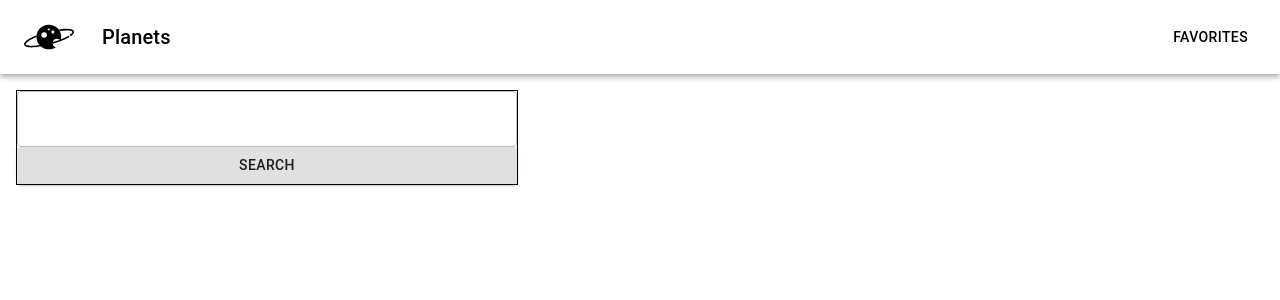
Repository: samridhie01/assignment
Page: /
An editor plug-in stored every save of this project. The page is shown before and after the next save, followed by the edit.
The browser window is 1280 px wide. The pictures show the whole page.
The page's requests for data from a server got no answer. The project was rebuilt for these pictures with package versions that can differ from the ones it lists, and the page was loaded fresh each time. No one was signed in, and anything a server would have sent is missing. Also part of the build but not shown: src/components/planets/Planets.tsx.

Above is the page before, as saved 2020-08-20 11:30:34.

After the next save:
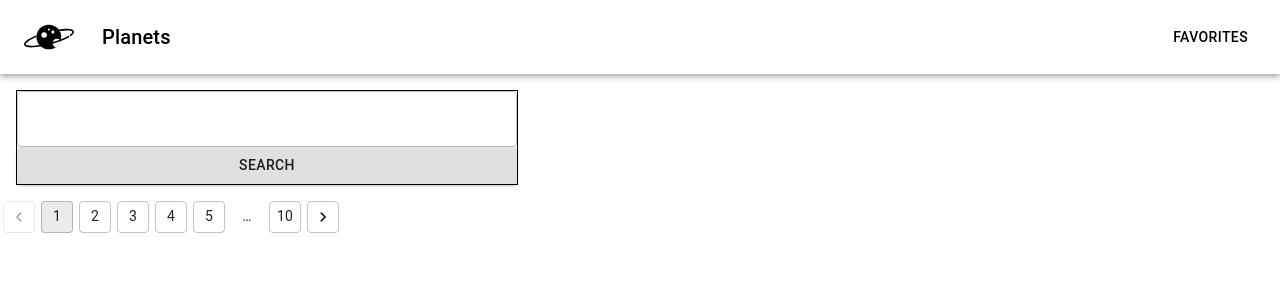
Saved 8 min 45 s later.
--- a/src/components/app/App.tsx
+++ b/src/components/app/App.tsx
@@ -6,6 +6,7 @@ import Header from "../header/Header";
 import Planets from "../planets/Planets";
 import SearchBox from "../searchBox/SearchBox";
 import { getPlanetData } from "./PlanetRetrievalService";
+import Pagination from '@material-ui/lab/Pagination';
 import { async } from "q";
 
 
@@ -33,7 +34,7 @@ const App = () => {
       )
     })
     }
-
+  <Pagination count={10} variant="outlined" shape="rounded" />
     </>
 
   );
